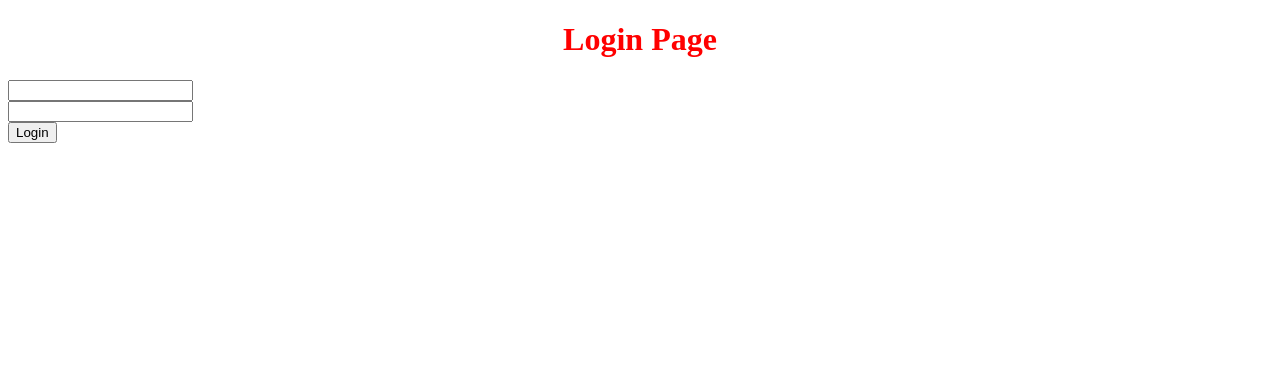
Repository: Somanath-Singh/Spring-Framework-By-Qspide
Page: http://localhost/SpringMVC-Proj01/login.jsp
An editor plug-in stored every save of this project. The page is shown before and after the next save, followed by the edit.
The browser window is 1280 px wide. The pictures show the whole page.
The page is served by Tomcat 10. Other server files are loaded and not shown.

Above is the page before, as saved 2025-02-17 04:48:53.

### SpringMVC-Proj01/src/main/webapp/login.jsp
<%@ page language="java" contentType="text/html; charset=UTF-8"
	pageEncoding="UTF-8"%>
<!DOCTYPE html>
<html>
<head>
<meta charset="UTF-8">
<title>Insert title here</title>
</head>
<body>

	<h1 style="color:red;text-align:center;">Login Page</h1>

	<form action="./login" method="POST">
		<input type="email" name="email"><br> <input type="password"
			name="password"><br>
		<button>Login</button>
	</form>

</body>
</html>

After the next save:
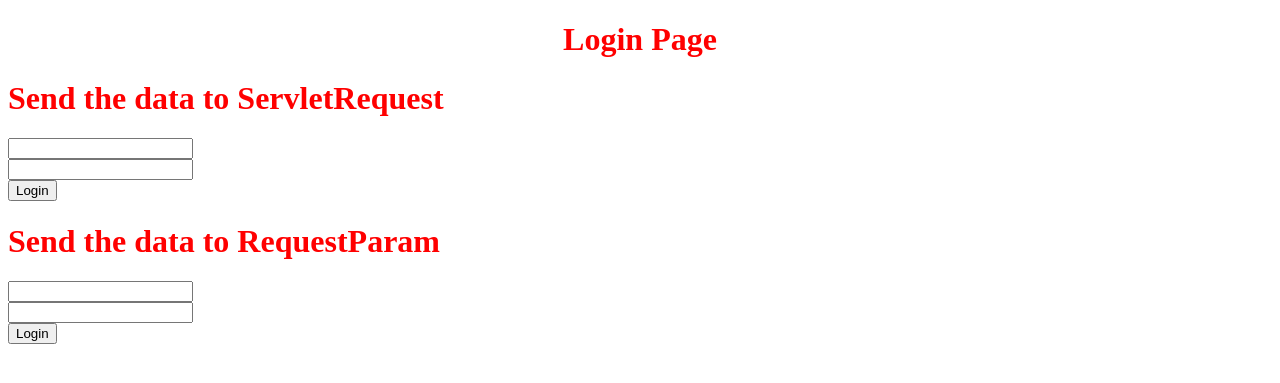
Saved 2 min 22 s later.
--- a/SpringMVC-Proj01/src/main/webapp/login.jsp
+++ b/SpringMVC-Proj01/src/main/webapp/login.jsp
@@ -10,7 +10,15 @@
 
 	<h1 style="color:red;text-align:center;">Login Page</h1>
 
+	<h1 style="color:red;text-align:left;">Send the data to ServletRequest</h1>
 	<form action="./login" method="POST">
+		<input type="email" name="email"><br> <input type="password"
+			name="password"><br>
+		<button>Login</button>
+	</form>
+
+	<h1 style="color:red;text-align:left;">Send the data to RequestParam</h1>
+	<form action="./login2" method="POST">
 		<input type="email" name="email"><br> <input type="password"
 			name="password"><br>
 		<button>Login</button>
